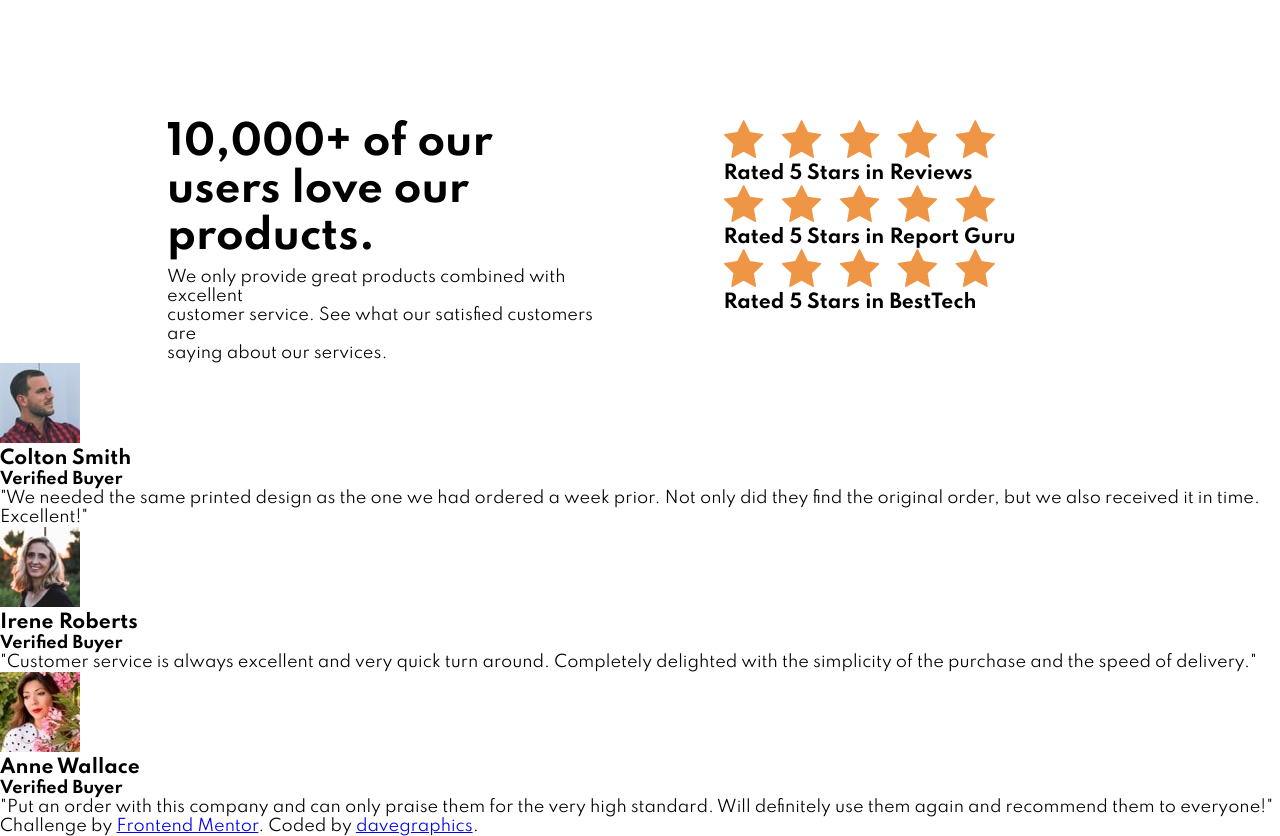
Repository: DejV44/social-proof-section-master
Page: index.html
An editor plug-in stored every save of this project. The page is shown before and after a run of saves, followed by the edit.
The browser window is 1280 px wide. The pictures show the whole page.
The style sheet was rebuilt from its Sass, Less or Tailwind sources for each picture, by a compiler version that may differ from the author's.

Above is the page before, as saved 2021-06-24 20:35:41.

After the next 2 saves:
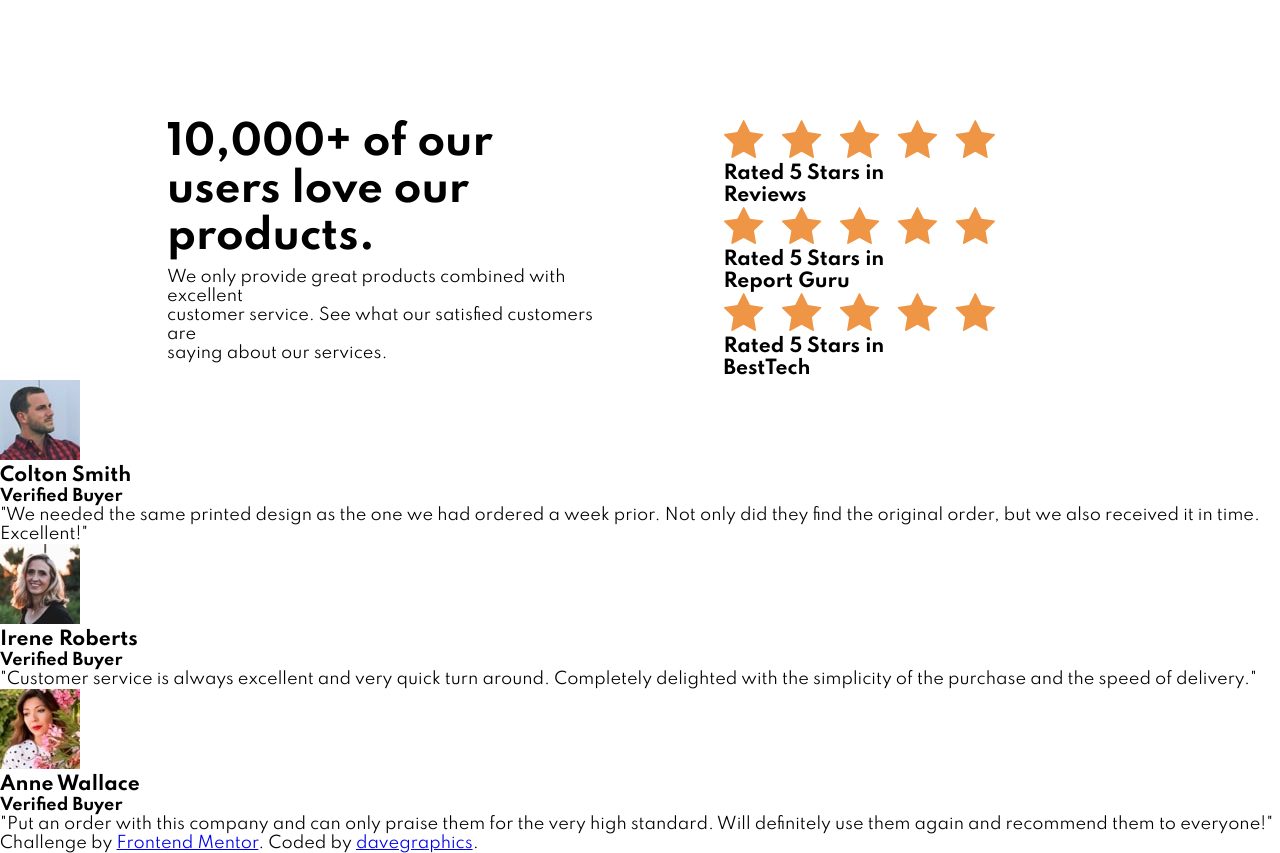
The 2 saves are shown as one change because 1 did not build or start.
The last was saved 84 s later.
--- a/css/main.scss
+++ b/css/main.scss
@@ -42,6 +42,7 @@ body {
 
             ul {
                 display: grid;
+                grid-template-columns: 180px ;
                list-style: none;
             }
         }
